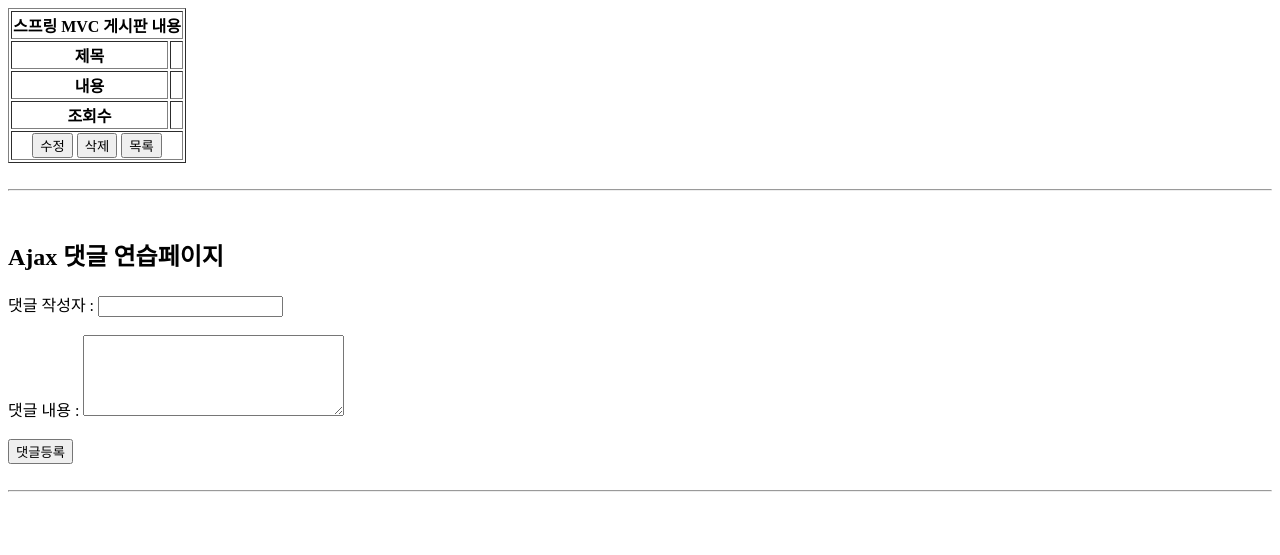
Repository: HyeokCheolHong/SpringBoot
Page: http://localhost/Spring_Mvc/WEB-INF/views/board/board_cont2.jsp
These files come from the project's save history. The page is drawn as it stood at one moment and after the next save; the edit follows.
The browser window is 1280 px wide. The pictures show the whole page.
The page is served by Tomcat 10. Nobody is signed in. The template is opened directly, without the code that normally fills it, so the values that code supplies are empty.

Above is the page before, as saved 2024-12-04 06:30:46.
Console error: SyntaxError: Unexpected token ';'

After the next save:
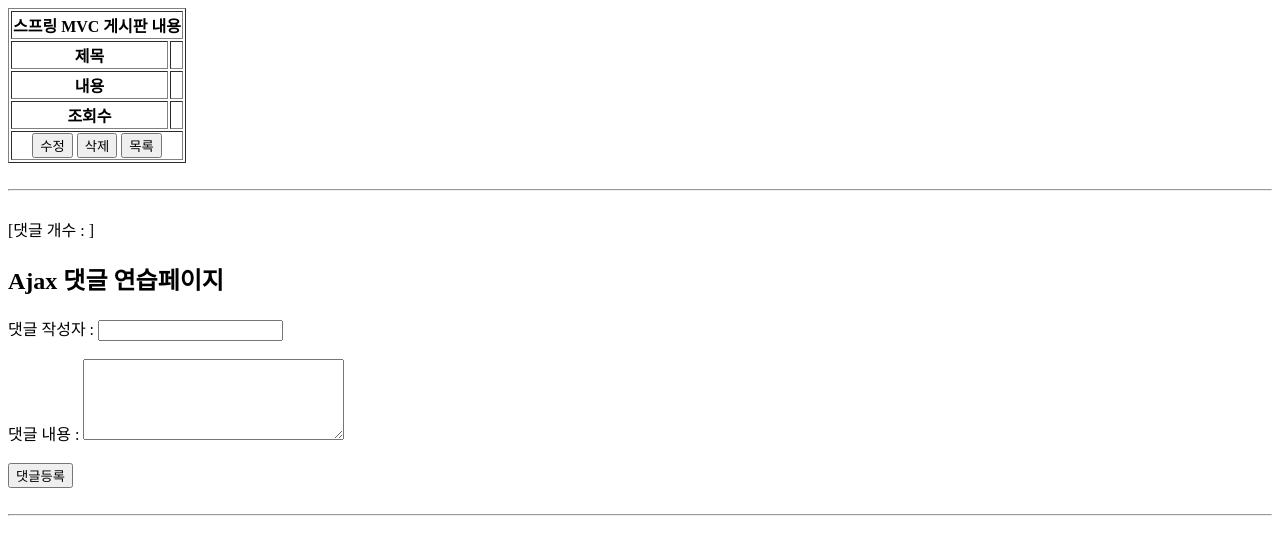
Saved 42 s later.
--- a/Spring_Mvc/src/main/webapp/WEB-INF/views/board/board_cont2.jsp
+++ b/Spring_Mvc/src/main/webapp/WEB-INF/views/board/board_cont2.jsp
@@ -120,6 +120,10 @@
 				<button type="button" id="closeBtn" onClick="modDivClose();">취소</button>
 			</div>
 		</div>
+
+		<!-- 2024-12-04 댓글 카운트 관련 추가 코드작업 -->
+		[댓글 개수 : ]
+		<!-- 2024-12-04 댓글 카운트 관련 추가 코드작업 -->
 
 		<h2>Ajax 댓글 연습페이지</h2>
 		<div>
